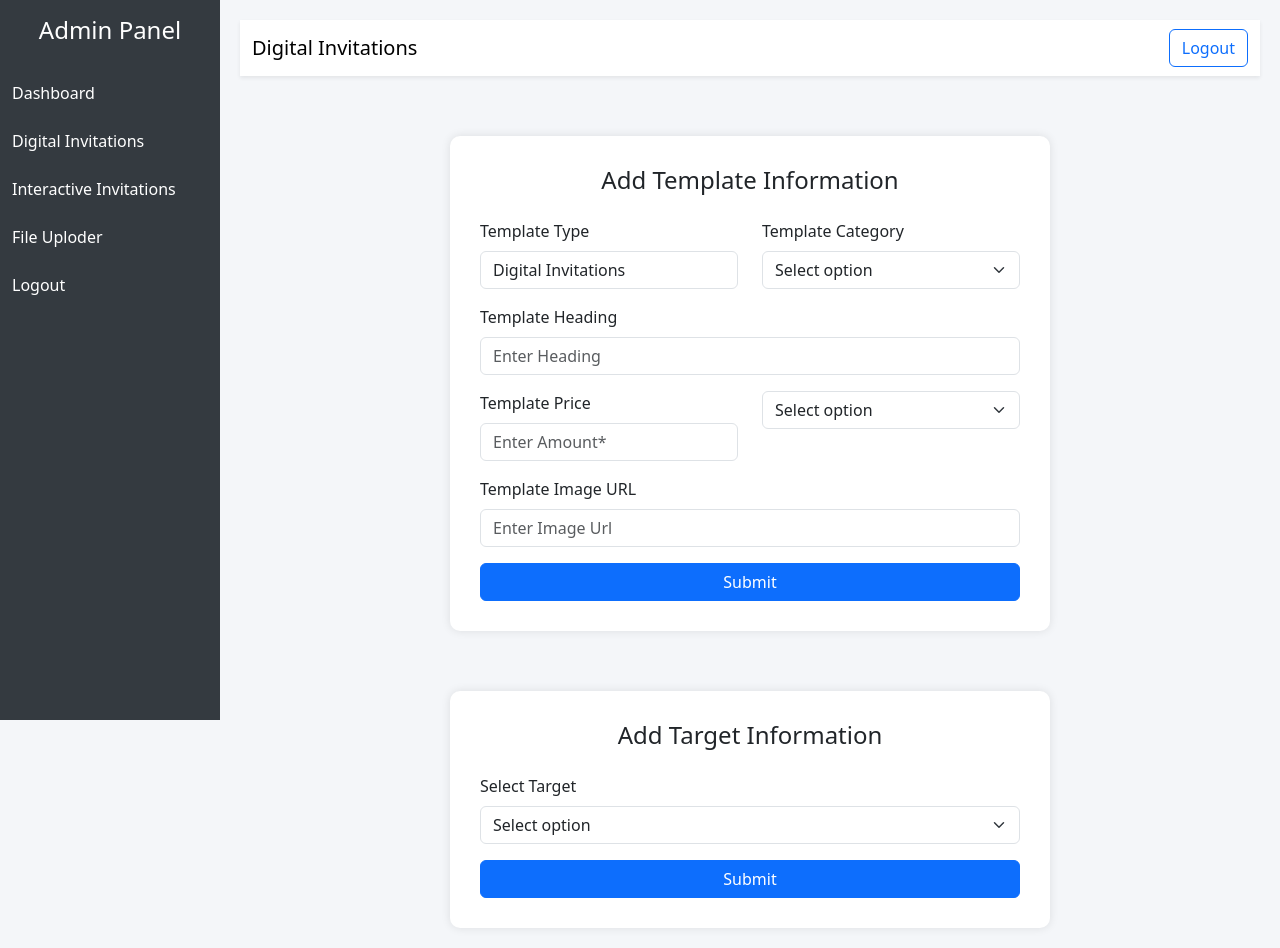
Repository: viraj7551/Flying-Invite-Project
Page: http://localhost/Admin03/digital_invitation.jsp
An editor plug-in stored every save of this project. The page is shown before and after the next save, followed by the edit.
The browser window is 1280 px wide. The pictures show the whole page.
Some web fonts or font styles are not loaded; a fallback is used. The page is served by Tomcat 9.

Above is the page before, as saved 2026-05-18 14:49:32.

After the next save:
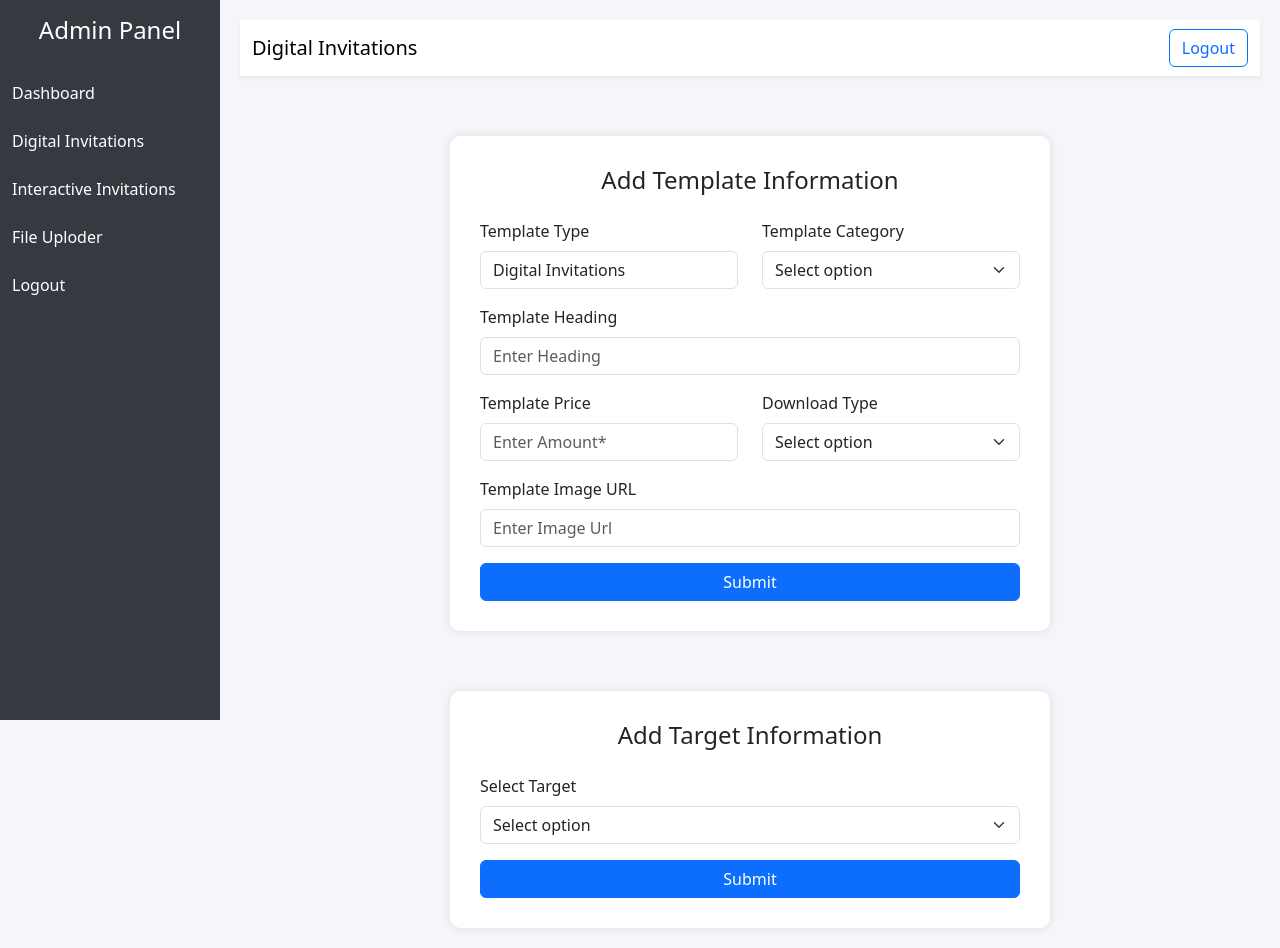
Saved 34 s later.
--- a/Admin03/WebContent/digital_invitation.jsp
+++ b/Admin03/WebContent/digital_invitation.jsp
@@ -161,6 +161,7 @@ margin-left:0;
           <input type="text" class="form-control" placeholder="Enter Amount*" name="total_amount">
      </div>
      <div class="col-md-6 mb-3">
+              <label class="form-label">Download Type</label>
               <select class="form-select" name="download_type">
                  <option selected>Select option</option>
                  <option value="Greeting">Free</option>
